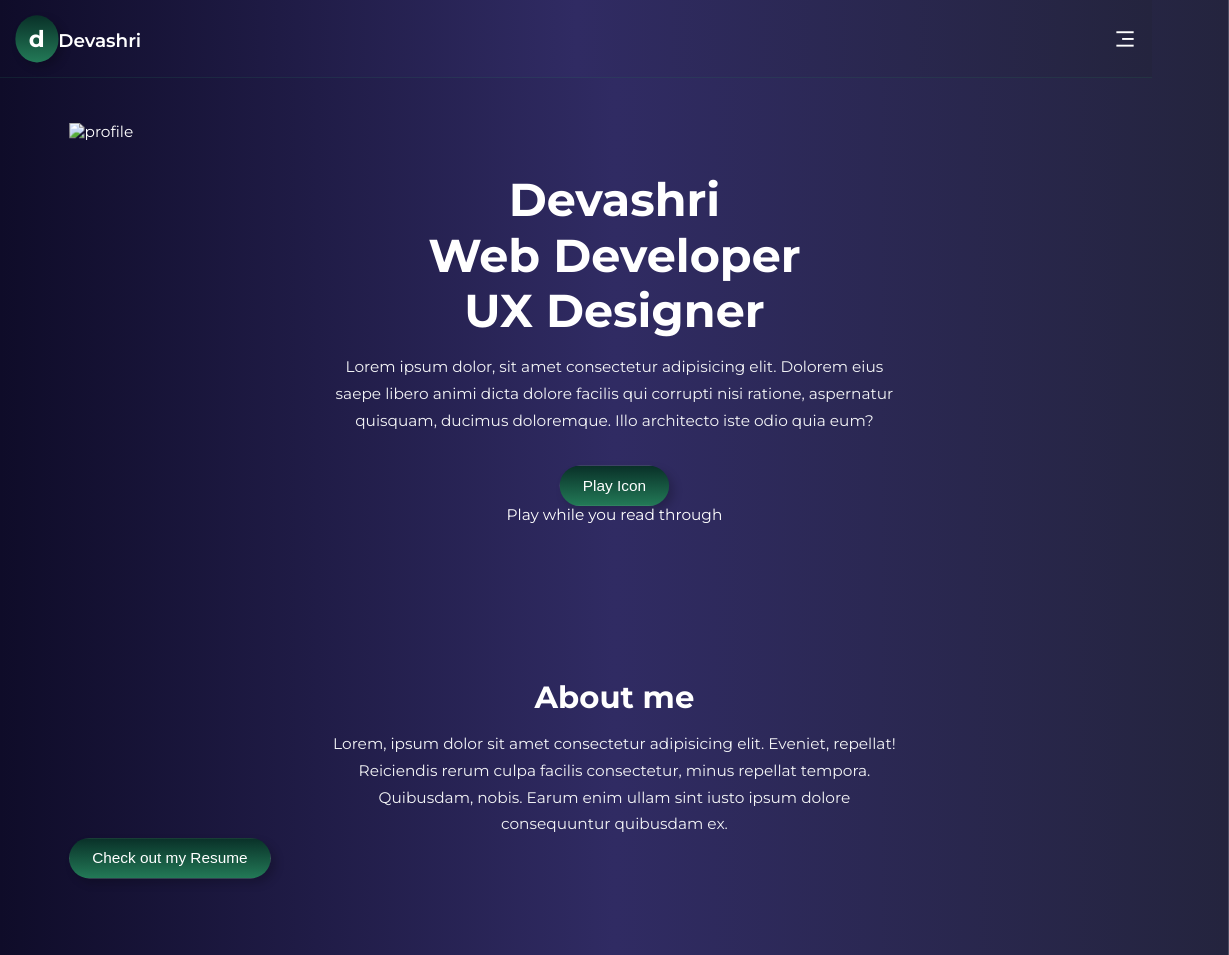
Repository: devashrisamani/devashrisamani.github.io
Page: index.html
These files come from the project's save history. The page is drawn as it stood at one moment and after the next save; the edit follows.
The browser window is 1280 px wide. The pictures show the whole page, at 96% of full size.

Above is the page before, as saved 2025-09-24 18:44:34.

### index.html
<!DOCTYPE html>
<html lang="en">
  <head>
    <meta charset="UTF-8" />
    <meta http-equiv="X-UA-Compatible" content="IE=edge" />
    <meta name="viewport" content="width=device-width, initial-scale=1.0" />
    <title>Dev's portfolio</title>
    <link rel="preconnect" href="https://fonts.googleapis.com" />
    <link rel="preconnect" href="https://fonts.gstatic.com" crossorigin />
    <link
      href="https://fonts.googleapis.com/css2?family=Inter:ital,opsz,wght@0,14..32,100..900;1,14..32,100..900&family=Lora:ital,wght@0,400..700;1,400..700&family=Montserrat:ital,wght@0,100..900;1,100..900&family=Sacramento&display=swap"
      rel="stylesheet"
    />
    <link
      href="https://cdn.jsdelivr.net/npm/remixicon@3.5.0/fonts/remixicon.css"
      rel="stylesheet"
    />
    <link rel="stylesheet" href="/css/styles.css" />
  </head>
  <body>
    <nav>
      <div class="nav__bar">
        <a href="#"><span class="logo nav_logo">d</span>Devashri</a>
        <div class="nav__menu__btn" id="menu-btn">
          <!-- Icons from remix icon -->
          <i class="ri-menu-3-line"></i>
        </div>
      </div>
      <ul class="nav__links" id="nav-links">
        <li><a href="#home">Home</a></li>
        <li><a href="#about">About</a></li>
        <li><a href="#service">Service</a></li>
        <li><a href="#portfolio">Portfolio</a></li>
        <li><a href="#contact" class="btn">Contact</a></li>
        <a href="#contact" class="btn btn__large">Contact</a>
      </ul>
    </nav>
    <header class="section__container header__container" id="home">
      <div class="header__image">
        <img src="#" alt="profile" />
      </div>
      <div class="header__content">
        <div>
          <h1>
            Devashri <br />
            Web Developer <br />
            UX Designer
          </h1>
        </div>
        <p class="section__description">
          Lorem ipsum dolor, sit amet consectetur adipisicing elit. Dolorem eius
          saepe libero animi dicta dolore facilis qui corrupti nisi ratione,
          aspernatur quisquam, ducimus doloremque. Illo architecto iste odio
          quia eum?
        </p>
        <div class="header__btn">
          <button class="btn">Play Icon</button>
        </div>
        <p>Play while you read through</p>
      </div>
    </header>

    <section class="section__container about__container" id="about">
      <div class="about__image"></div>
      <div class="about__content">
        <h2 class="section__header">About me</h2>
        <p class="section__description">
          Lorem, ipsum dolor sit amet consectetur adipisicing elit. Eveniet,
          repellat! Reiciendis rerum culpa facilis consectetur, minus repellat
          tempora. Quibusdam, nobis. Earum enim ullam sint iusto ipsum dolore
          consequuntur quibusdam ex.
        </p>
        <div class="about__btn">
          <button class="btn">Check out my Resume</button>
        </div>
      </div>
    </section>
  </body>
</html>

### css/styles.css
/* Font Variables */
:root {
  --font-sacramento: "Sacramento", cursive;
  --font-lora: "Lora", serif;
  --font-inter: "Inter", serif;
  --font-montserrat: "Montserrat", sans-serif;
}

/* Color Variables */

:root {
  --primary-color: #093028;
  --secondary-color: #237a57;
  --extra-light: #f3f4f6;
  --white: #ffffff;
  --gradient-1: linear-gradient(to right, #0f0c29, #302b63, #24243e);
  --gradient-2: linear-gradient(
    to bottom,
    var(--primary-color),
    var(--secondary-color)
  );
  --max-width: 1200px;
}

* {
  padding: 0;
  margin: 0;
  box-sizing: border-box;
}

html,
body {
  scroll-behavior: smooth;
}

body {
  font-family: "Montserrat", sans-serif;
  color: var(--white);
  background-image: var(--gradient-1);
}

.section__container {
  max-width: var(--max-width);
  margin: auto;
  padding: 5rem 2rem;
}

.section__header {
  margin-bottom: 1rem;
  font-size: 2rem;
  font-weight: 700;
  text-align: center;
}

.btn {
  padding: 0.75rem 1.5rem;
  font-size: 1rem;
  font-weight: 500;
  color: var(--white);
  background-image: var(--gradient-2);
  outline: none;
  border: none;
  border-radius: 5rem;
  cursor: pointer;
  box-shadow: 5px 5px 10px rgba(0, 0, 0, 0.2);
}

/* Navbar - Change the logo later */
.logo {
  display: inline-block;
  padding: 10px 14px;
  font-size: 1.5rem;
  font-weight: 700;
  color: var(--white);
  background-image: var(--gradient-2);
  border-radius: 100%;
  box-shadow: 5px 5px 10px rgba(0, 0, 0, 0.2);
}

nav {
  position: fixed;
  isolation: isolate;
  top: 0;
  width: 100%;
  max-width: var(--max-width);
  margin: auto;
  z-index: 9;
}

.nav__bar {
  padding: 1rem;
  display: flex;
  align-items: center;
  justify-content: space-between;
  gap: 2rem;
  background-image: var(--gradient-1);
}

.nav__logo {
  padding: 9px 12px;
  font-size: 1.2rem;
}

.nav__bar a {
  font-size: 1.2rem;
  font-weight: 600;
  color: var(--white);
}

.nav__menu__btn {
  font-size: 1.5rem;
  color: var(--white);
  cursor: pointer;
}

.nav__links {
  list-style: none;
  position: absolute;
  width: 100%;
  padding: 2rem;
  display: flex;
  flex-direction: column;
  align-items: center;
  gap: 2rem;
  background-image: var(--gradient-2);
  transform: translateY(-100%);
  transition: 0.5s;
  z-index: -1;
}

.nav__links.open {
  transform: translateY(0);
}

.nav__links a {
  color: var(--white);
  transition: 0.3s;
}

.nav__links a:hover {
  color: var(--white);
}

.btn__large {
  display: none;
}

/* About */

img {
  width: 100%;
  display: flex;
}

.section__description {
  max-width: 600px;
  margin-inline: auto;
  color: var(--extra-light);
  text-align: center;
  line-height: 1.75rem;
}

a {
  text-decoration: none;
}

/* Header Container */

.header__container {
  padding-top: 8rem;
  display: grid;
  gap: 2rem;
  isolation: isolate;
}

.header__content {
  text-align: center;
}

.header__content h1 {
  margin-bottom: 1rem;
  font-size: 3rem;
  text-align: center;
}
.header__content .section__description {
  margin-bottom: 2rem;
}

.header__image {
  position: relative;
  isolation: isolate;
  z-index: -1;
}

After the next save:
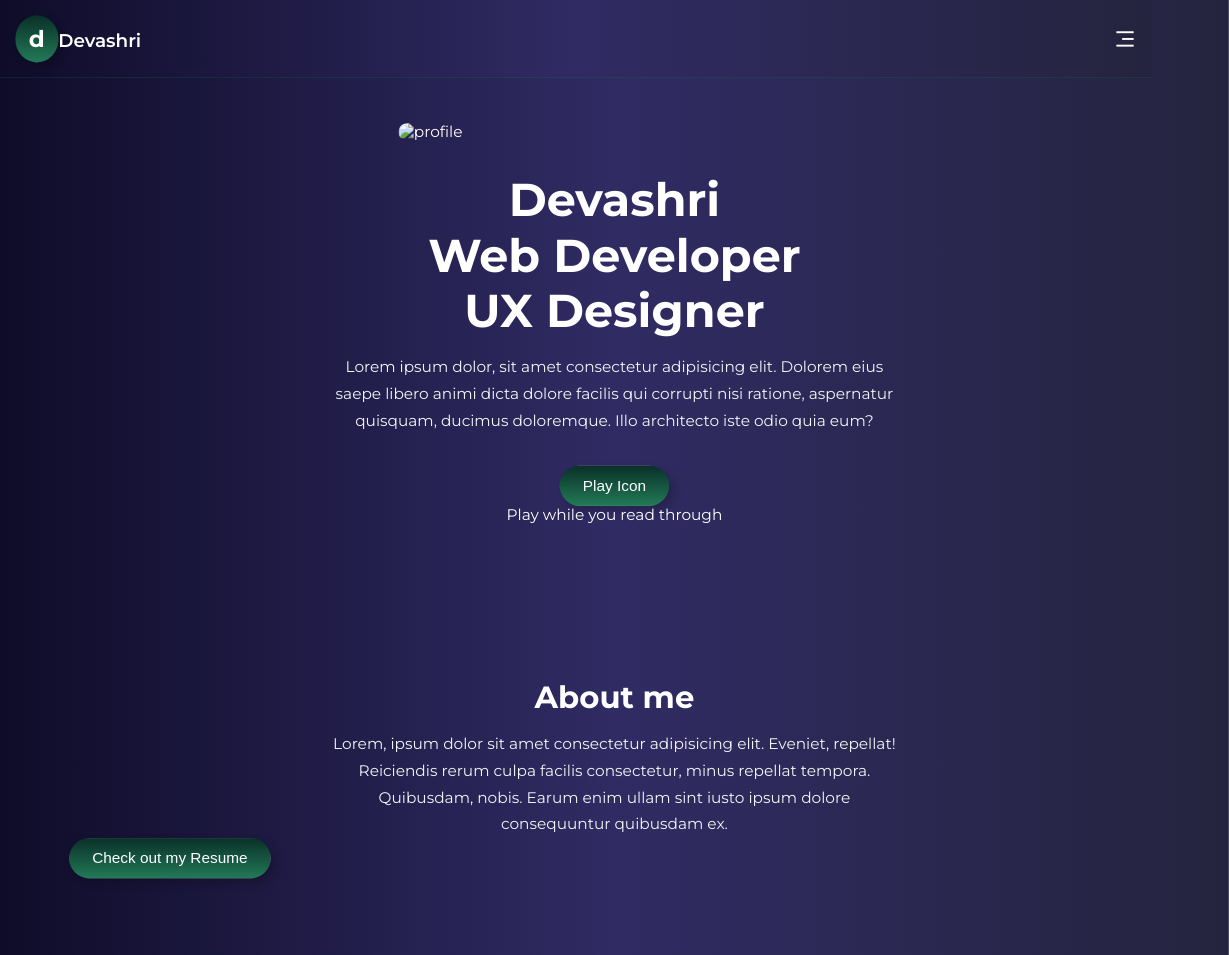
Saved 27 s later.
--- a/css/styles.css
+++ b/css/styles.css
@@ -191,3 +191,9 @@ a {
   isolation: isolate;
   z-index: -1;
 }
+
+.header__image img {
+  max-width: 450px;
+  margin-inline: auto;
+  border-radius: 25rem;
+}
